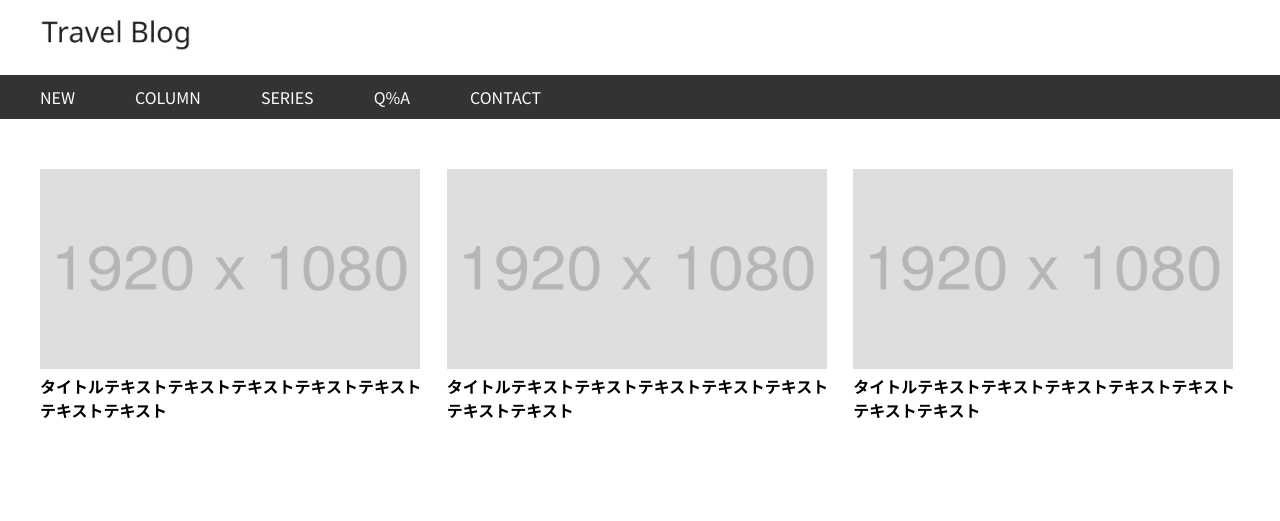
Repository: n19880405nick/challenge
Page: Codestep/Blog/blog.html
The author's editor kept a record of every edit. The page is drawn from the files as they stood at one moment, then again after the next edit.
The browser window is 1280 px wide. The pictures show the whole page.

Above is the page before.

### Codestep/Blog/blog.html
<!DOCTYPE html>
<html lang="ja">
  <head>
    <meta charset="UTF-8">
    <meta name="viewport" content="width=device-width, initial-scale=1.0">
    <title>Blog</title>
    <link rel="stylesheet" href="blog.css">
    <link rel="shortcut icon" href="img/favicon.ico">
    <link rel="preconnect" href="https://fonts.googleapis.com">
    <link rel="preconnect" href="https://fonts.gstatic.com" crossorigin>
    <link href="https://fonts.googleapis.com/css2?family=Noto+Sans&family=Noto+Sans+JP&display=swap" rel="stylesheet">
  </head>

  <body>
    <header>
      <div id="logo">
        <a href=""><img class="logo" src="img/logo.svg"></a>
      </div>
      <nav>
        <ul>
          <li><a href="">NEW</a></li>
          <li><a href="">COLUMN</a></li>
          <li><a href="">SERIES</a></li>
          <li><a href="">Q%A</a></li>
          <li><a href="">CONTACT</a></li>
        </ul>
      </nav>
    </header>

    <div id="pickup">
      <article class="pickup">
        <img class="pickup-image" src="img/pickup1.jpg">
        <h4 class="pickup-title">タイトルテキストテキストテキストテキストテキストテキストテキスト</h4>
        <div class="readmore">
          <a href="">READ MORE</a>
        </div>
      </article>
      <article class="pickup">
        <img class="pickup-image" src="img/pickup2.jpg">
        <h4 class="pickup-title">タイトルテキストテキストテキストテキストテキストテキストテキスト</h4>
        <div class="readmore">
          <a href="">READ MORE</a>
        </div>
      </article>
      <article class="pickup">
        <img class="pickup-image" src="img/pickup3.jpg">
        <h4 class="pickup-title">タイトルテキストテキストテキストテキストテキストテキストテキスト</h4>
        <div class="readmore">
          <a href="">READ MORE</a>
        </div>
      </article>
    </div>

    <div id="container">
      <main></main>
      <div id="aside"></div>
    </div>

    <footer></footer>
  </body>

</html>

### Codestep/Blog/blog.css
*{
  margin: 0;
  padding: 0;
  box-sizing: border-box;
}

body{
  font-family: 'Noto Sans JP', 'Noto Sans', sans-serif;
}

#logo{
  width: 1200px;
  margin: 0 auto;
}

.logo{
  width: 150px;
  height: 70px;
}

nav{
  width: 100%;
  background-color: #333;
}

ul, #pickup{
  width: 1200px;
  display: flex;
  margin: 0 auto;
}

li{
  list-style: none;
  margin: 10px 30px;
}

header li:nth-child(1){
  margin-left: 0;
}

a{
  text-decoration: none;
  color: white;
}

.pickup{
  margin: 50px 0 100px;
}

.pickup:nth-child(2){
  margin: 50px 20px 100px;
}

.pickup-image{
  width: 380px;
  height: 200px;
}

After the next edit:
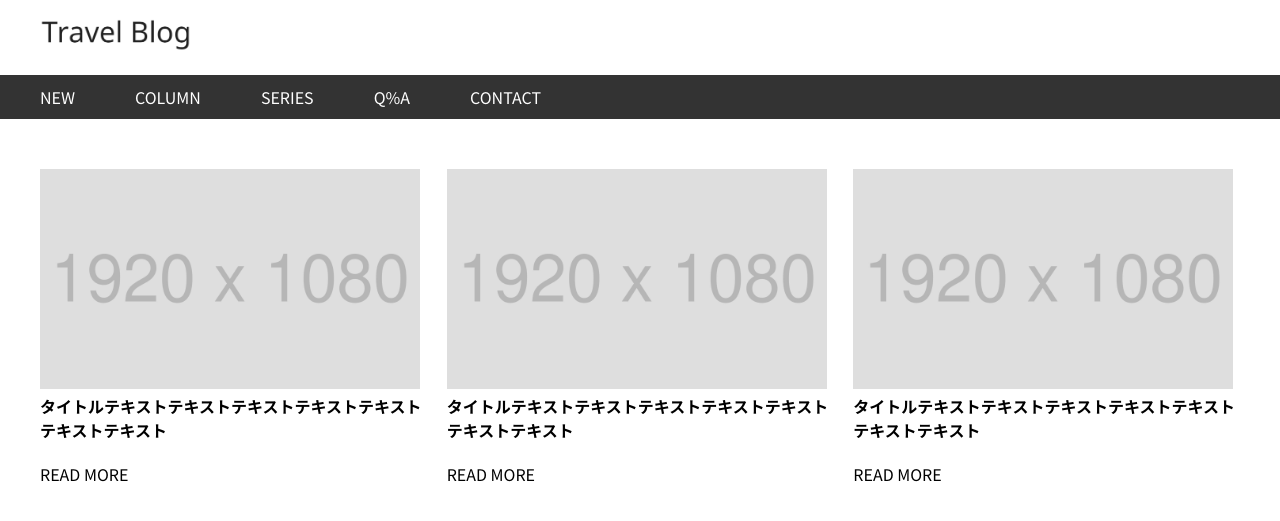
The edit:
--- a/Codestep/Blog/blog.css
+++ b/Codestep/Blog/blog.css
@@ -53,5 +53,13 @@
 
 .pickup-image{
   width: 380px;
-  height: 200px;
+  height: 220px;
 }
+
+.readmore{
+  margin: 20px auto;
+}
+
+.readmore a{
+  color: black;
+}
